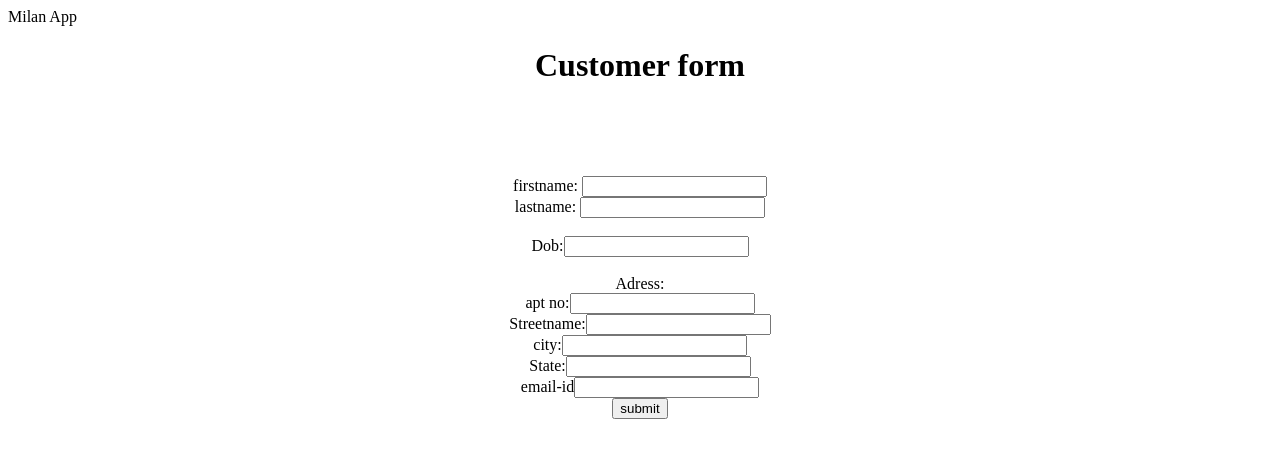
Repository: srinivaskommu/java-training
Page: milan-app/src/main/webapp/index.html
An editor plug-in stored every save of this project. The page is shown before and after the next save, followed by the edit.
The browser window is 1280 px wide. The pictures show the whole page.

Above is the page before, as saved 2015-07-25 04:13:04.

After the next save:
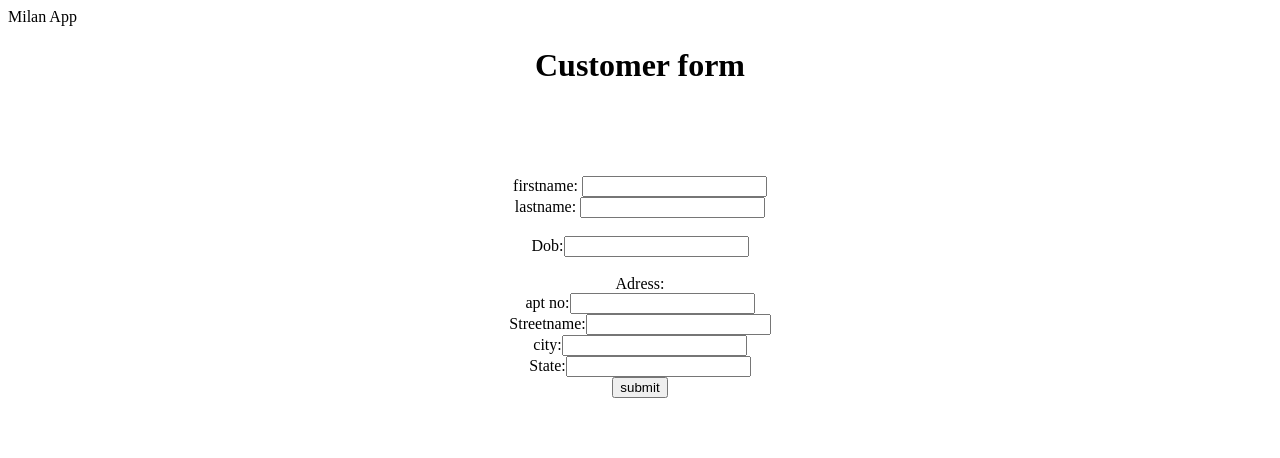
Saved 33 s later.
--- a/milan-app/src/main/webapp/index.html
+++ b/milan-app/src/main/webapp/index.html
@@ -22,8 +22,7 @@ Milan App
 			<br> Adress:<br> apt no:<input type"text" name="aptno"><br>
 			Streetname:<input type "text" name="Streetname"><br>
 			city:<input type "text" name="city"><br> State:<input
-				type"text" name="State"><br> email-id<input type="text"
-				name="email"><br>
+				type"text" name="State"><br>
 		 <input type="submit"
 				value="submit" onclick="form.action='Welcome.jsp';">
 		</p>
